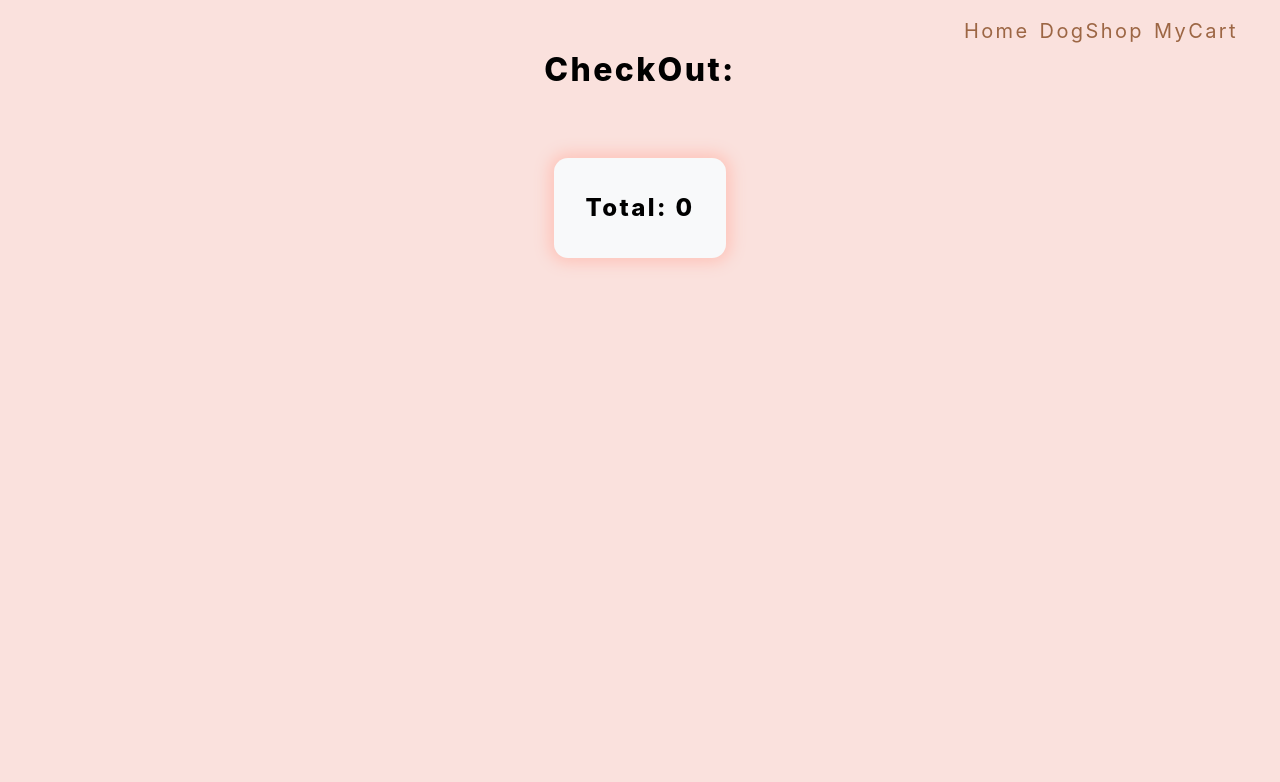
Repository: hoangbayern/dog_shop
Page: /cart (app in frontend/)
The author's editor kept a copy of each file at every save. The page is drawn from the files as they stood at one save, then again after the next save.
The browser window is 1280 px wide. The pictures show the whole page.
The page's requests for data from a server got no answer. The project was rebuilt for these pictures with package versions that can differ from the ones it lists, and the page was loaded fresh each time. No one was signed in, and anything a server would have sent is missing. Also part of the build but not shown: frontend/src/components/Home/Home.jsx, frontend/src/components/Dogs/dogs.css, frontend/src/components/Dogs/DogsCart.jsx, frontend/src/components/Dogs/DogPage.jsx.

Above is the page before, as saved 2023-08-04 00:29:43.

### frontend/src/App.js
import "./App.css";
import { BrowserRouter, Routes, Route } from "react-router-dom";
import { Home } from "./components/Home/Home";
import { DogPage } from "./components/Dogs/DogPage";
import { MyCart } from "./components/Cart/MyCart";
import { Navbar } from "./components/Navbar/Navbar";
import { useEffect, useState } from "react";
import axios from "axios";
import { CartContext } from "./components/Contexts/CartContext";

function App() {
  const [allDogs, setAllDogs] = useState([]);
  const [myCart, addCart] = useState([]);
  const [total, setTotal] = useState(0);

  useEffect(() => {
    async function getUser() {
      try {
        const response = await axios.get("http://localhost:8080/v1/dogs");
        console.log(response);
        setAllDogs(response.data);
      } catch (error) {
        console.error(error);
      }
    }
    getUser();
  }, []);
  return (
    <>
      <CartContext.Provider value={{myCart, addCart, total, setTotal}}>
        <BrowserRouter>
          <Navbar />
          <div className="page-container">
            <Routes>
              <Route>
                <Route path="/" element={<Home />} />
                <Route path="/dogs" element={<DogPage allDogs={allDogs} />} />
                <Route path="/cart" element={<MyCart />} />
              </Route>
            </Routes>
          </div>
        </BrowserRouter>
      </CartContext.Provider>
    </>
  );
}

export default App;

### frontend/src/App.css
*,
*::before,
*::after {

  box-sizing: border-box;
  padding:0;
  margin: 0;
}

body {
  background-color: #fae1dd;
  min-height: 100vh;
  scroll-behavior: smooth;
  text-rendering: optimizeSpeed;
  line-height: 1.5;
  padding:1rem 2rem 1rem 2rem;
  font-size:1.25rem;
  letter-spacing: 0.15rem;
  font-family: 'Inter', sans-serif;
}

.page-container{
  display:flex;
  justify-content:center;
  height: 100vh;
}

### frontend/src/components/Cart/MyCart.jsx
import React, { useContext } from "react";
import { CartContext } from "../Contexts/CartContext";
import "./cart.css";

export const MyCart = () => {
  const { myCart } = useContext(CartContext);
  const { total } = useContext(CartContext);
  return (
    <>
      <section className="cart-container">
        <div className="cart-header">CheckOut:</div>
        <div className="cart-items">
          {myCart.map((item) => {
            return (
              <div className="cart-items">
                <img src={item.image} className="cart-item-img" alt="" />
                <span>{item.name}: {item.price}$</span>
              </div>
            );
          })}
          <div className="cart-total"> Total: {total} </div>
        </div>
      </section>
    </>
  );
};

### frontend/src/components/Navbar/Navbar.jsx
import React from 'react'
import { Link } from 'react-router-dom'
import "./narbar.css";

export const Navbar = () => {
  return (
    <>
        <div className='navbar'>
            <Link to='/'> Home </Link>
            <Link to='/dogs'> DogShop </Link>
            <Link to='/cart'> MyCart </Link>
        </div>
    </>
  )
}

### frontend/src/components/Contexts/CartContext.js
import { createContext } from "react";

export const CartContext = createContext([{}]);

### frontend/src/components/Cart/cart.css
.cart-container {
    display: flex;
    flex-direction: column;
    align-items: center;
  }
  .cart-items {
    text-align: center;
    margin-top: 4rem;
    background-color: #f8f9fa;
    box-shadow: 0px 0px 15px 5px #fec5bb;
    border-radius: 14px;
    font-size: 1.5rem;
    padding: 2rem;
  }
  .cart-item {
    display: flex;
    align-items: center;
    margin-bottom: 3rem;
  }
  .cart-header {
    font-size: 2rem;
    font-weight: 800;
  }
  .cart-item-img {
    border-radius: 50%;
    object-fit: cover;
    width: 70px;
    height: 70px;
    margin: 0rem 2rem 0 0;
  }

  .cart-total {
    font-weight: 800;
  }
  .cart-checkout {
    border: none;
    background-color: #fec5bb;
    border-radius: 14px;
    padding: 1rem;
    margin-top: 2rem;
    cursor: pointer;
    font-size: 1.5rem;
    transition:200ms ease-in-out;
  }
  .cart-checkout:hover, .cart-gohome:hover{
    background-color: #ff8fa3;
  }

  .cart-gohome {
    border: none;
    background-color: white;
    border-radius: 14px;
    padding: 1rem;
    margin-top: 2rem;
    cursor: pointer;
    font-size: 1rem;
    transition:200ms ease-in-out;
  }

### frontend/src/components/Navbar/narbar.css
.navbar {
    display: flex;
    justify-content: end;
    flex-direction: row;
}
.navbar > * {
    padding-right: 10px;
    text-decoration: none;
    color: #9c6644;
}
.navbar > *:hover {
    color: #e76f51;
}

Loaded but not shown: frontend/src/index.js (common file)

After the next save:
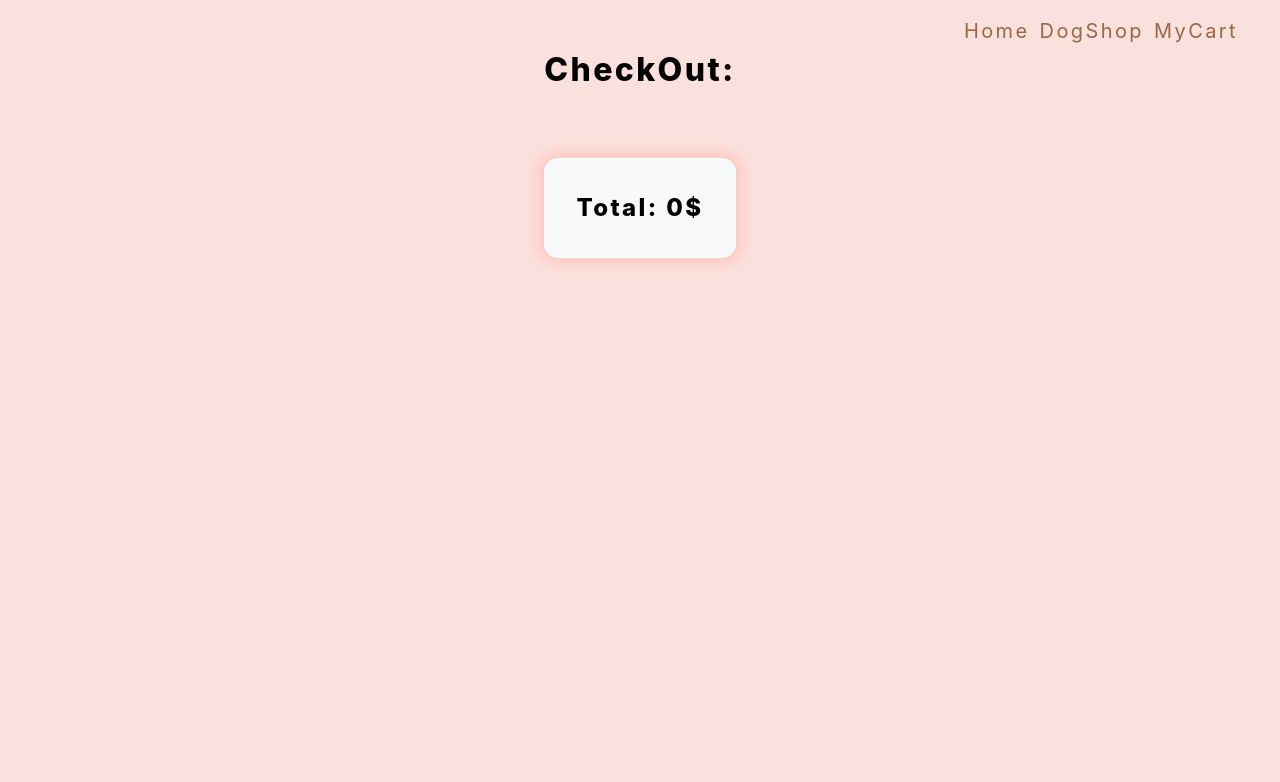
Saved 14 s later.
--- a/frontend/src/components/Cart/MyCart.jsx
+++ b/frontend/src/components/Cart/MyCart.jsx
@@ -14,11 +14,11 @@ export const MyCart = () => {
             return (
               <div className="cart-items">
                 <img src={item.image} className="cart-item-img" alt="" />
-                <span>{item.name}: {item.price}$</span>
+                <span>{item.name}: {item.price}</span>
               </div>
             );
           })}
-          <div className="cart-total"> Total: {total} </div>
+          <div className="cart-total"> Total: {total}$ </div>
         </div>
       </section>
     </>
